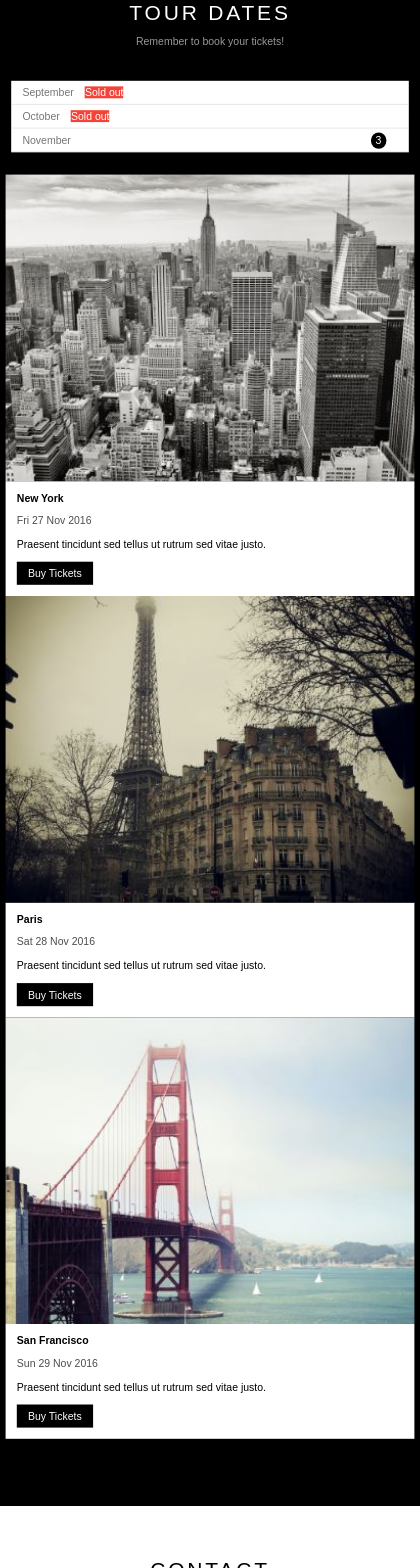
Repository: nguyenhoang2002062929/band
Page: index.html
The author's editor kept a copy of each file at every save. The page is drawn from the files as they stood at one save, then again after the next save.
The browser window is 600 px wide. The pictures show the part of the page from y = 2138 to 4378 px (the page is 5273 px tall before and 5237 px after), at 70% of full size.

Above is the page before, as saved 2023-06-09 22:56:22.

### index.html
<!DOCTYPE html>
<html lang="en">
<head>
    <meta charset="UTF-8">
    <meta http-equiv="X-UA-Compatible" content="IE=edge">
    <meta name="viewport" content="width=device-width, initial-scale=1.0">
    <title>The Band</title>
    <link rel="stylesheet" href="assets/css/style.css">
    <link rel="stylesheet" href="https://cdnjs.cloudflare.com/ajax/libs/font-awesome/4.7.0/css/font-awesome.min.css">
</head>
<body>
    <div class="main">
        <div class="header">
              <!-- pc -->
            <ul class="nav">
                <li><a href="#">HOME</a></li>
                <li><a href="#band">BAND</a></li>
                <li><a href="#tour">TOUR</a></li>
                <li><a href="#contact">CONTACT</a></li>
                <li>
                    <a href="" >MORE <i class="fa fa-caret-down"></i></a>
                    <ul class="subnav">
                        <li><a href="">Merchandise</a></li>
                        <li><a href="">Extras</a></li>
                        <li><a href="">Media</a></li>
                    </ul>
                </li>
            </ul>
            <!-- mobile -->
            <div class="bars">
                <i class="fa fa-bars"></i>
            </div>

            <div class="search">
                <a href=""><i class="fa fa-search"></i></a>
            </div>
        </div>

        <div class="slider">
            <div class="text-content">
                <h2 class="text-heading">New York</h2>
                <p class="text-description">The atmosphere in New York is lorem ipsum.</p>
            </div>
        </div>

        <!-- content -->
        <div class="content">
            <!-- band -->
            <div id="band" class="about">
                <div class="content-section">
                    <h2 class="section-heading">THE BAND</h2>
                    <p class="section-sub-heading">We love music</p>
                    <p class="section-text">We have created a fictional band website. Lorem ipsum dolor sit amet, consectetur adipiscing elit, sed do eiusmod tempor incididunt ut labore et dolore magna aliqua. Ut enim ad minim veniam, quis nostrud exercitation ullamco laboris nisi ut aliquip ex ea commodo consequat. Duis aute irure dolor in reprehenderit in voluptate velit esse cillum dolore eu fugiat nulla pariatur. Excepteur sint occaecat cupidatat non proident, sunt in culpa qui officia deserunt mollit anim id est laborum consectetur adipiscing elit, sed do eiusmod tempor incididunt ut labore et dolore magna aliqua. Ut enim ad minim veniam, quis nostrud exercitation ullamco laboris nisi ut aliquip ex ea commodo consequat.</p>
                </div>
                <div class="content-member">
                    <div class="member">
                        <div class="member-text">
                            <p>Name</p>
                        </div>
                        <div class="member-img">
                            <img src="./assets/img/member/bandmember.jpg" alt="">
                        </div>
                    </div>
                    <div class="member">
                        <div class="member-text">
                            <p>Name</p>
                        </div>
                        <div class="member-img">
                            <img src="./assets/img/member/bandmember.jpg" alt="">
                        </div>
                    </div>
                    <div class="member">
                        <div class="member-text">
                            <p>Name</p>
                        </div>
                        <div class="member-img">
                            <img src="./assets/img/member/bandmember.jpg" alt="">
                        </div>
                    </div>
                </div>
            </div>

            <!-- tour -->
            <div id="tour" class="tour">
                <div class="tour-section">
                    <div class="content-section text-while ">
                        <h2 class="section-heading ">TOUR DATES</h2>
                        <p class="section-sub-heading">Remember to book your tickets!</p>
                    </div>
                    <br>

                   <div class="tickets-tour">
                    <ul class="tickets">
                        <li>September<span class="sold-out">Sold out</span></li>
                        <li>October<span class="sold-out">Sold out</span></li>
                        <li>November<span class="quantity">3</span></li>
                    </ul>
                   </div>

                    <div class="row tour-places ">
                        <div class="column places">
                            <img src="assets/img/places/newyork.jpg" alt="">
                            <div class="places-content">
                                <p class="name">New York</p>
                                <p class="date">Fri 27 Nov 2016</p>
                                <p class="describe">Praesent tincidunt sed tellus ut rutrum sed vitae justo.</p>
                                <button class="js-by-modal">Buy Tickets</button>
                            </div>

                        </div>
                        <div class="column places">
                            <img src="assets/img/places/paris.jpg" alt="">
                            <div class="places-content">
                                <p class="name">Paris</p>
                                <p class="date">Sat 28 Nov 2016</p>
                                <p class="describe">Praesent tincidunt sed tellus ut rutrum sed vitae justo.</p>
                                <button class="js-by-modal">Buy Tickets</button></div>

                        </div>
                        <div class=" column places">
                            <img src="assets/img/places/sanfran.jpg" alt="">
                            <div class="places-content">
                                <p class="name">San Francisco</p>
                                <p class="date">Sun 29 Nov 2016</p>
                                <p class="describe">Praesent tincidunt sed tellus ut rutrum sed vitae justo.</p>
                                <button class="js-by-modal">Buy Tickets</button>
                            </div>

                        </div>
                    </div>
                </div>

            </div>
            <!-- contact -->
            <div id="contact" class="about">
                <div class="content-section">
                    <h2 class="section-heading">CONTACT</h2>
                    <p class="section-sub-heading">Fan? Drop a note!</p>
                </div>
                <div class="row contact">
                    <div class="column column-half contact-left">
                        <p><i class="fa fa-map-marker contact-icon"></i>Chicago, US</p>
                        <p><i class="fa fa-phone contact-icon"></i>Phone: +00 151515</p>
                        <p><i class="fa fa-envelope contact-icon"></i>Email: mail@mail.com</p>
                    </div>
                    <div class="column column-half">
                        <form action="">
                            <div class="row">
                                <div class="column conlumn-half ">
                                    <input class="contact-right-inp" type="text" required placeholder="Name">
                                </div>
                                <div class="column conlumn-half ">
                                    <input class="contact-right-inp" type="email" required placeholder="Email">
                                </div>
                            </div>
                            <div class="row">
                                <div class="column colum-full mg-8">
                                    <input class="contact-right-inp" type="text" required placeholder="Message">
                                </div>
                            </div>
                            <button class="btn-send">SEND</button>
                        </form>
                    </div>
                </div>
            </div>
            <div class="map">
                <img src="assets/img/map.jpg" alt="map">
            </div>

        </div>

        <div class="footer">
            <div class="socials">
                <a href=""><i class="fa fa-facebook-official"></i></a>
                <a href=""><i class="fa fa-instagram"></i></a>
                <a href=""><i class="fa fa-snapchat"></i></a>
                <a href=""><i class="fa fa-pinterest-p"></i></a>
                <a href=""><i class="fa fa-twitter"></i></a>
                <a href=""><i class="fa fa-linkedin"></i></a>
            </div>
            <p class="copyright">Powered by <a href="">w3.css</a></p>
        </div>
    </div>
    <div class="modal js-modal">
        <div class="modal-content js-modal-content">
            <div class="modal-header">
                <span class="modal-close js-closeModal">x</span>
                <h2 ><i class="fa fa-suitcase w3-margin-right"></i> Tickets</h2>
            </div>
            <div class="modal-boby">
                <label for="many">
                    <i class="fa fa-shopping-cart"></i>
                    Tickets, $15 per person
                </label>
                <input id="many" type="text" placeholder="How many?" >
                <label for="modal-email">
                    <i class="fa fa-user"></i>
                    Send To
                </label>
                <input id="modal-email" type="text" placeholder="Enter email">
                <button class="pay">PAY <i class="fa fa-check"></i></button>
            </div>
            <div class="modal-footer">
                <p>Need <a href="">help?</a></p>
            </div>
        </div>
    </div>

    <script>
        const buyBtns = document.querySelectorAll('.js-by-modal')
        const modal = document.querySelector('.js-modal')
        const closeModal = document.querySelector('.js-closeModal')
        const modalContent = document.querySelector('.js-modal-content')


        function showBuyTickets (){
            modal.classList.add('open')
        }
        function hideBuyTickes(){
            modal.classList.remove('open')
        }

        for(const buyBtn of buyBtns){
            buyBtn.addEventListener('click', showBuyTickets)
        }

        closeModal.addEventListener('click', hideBuyTickes)

        modal.addEventListener('click',hideBuyTickes)

        modalContent.addEventListener('click', function(envent){
            envent.stopPropagation()
        })
    </script>
</body>
</html>

### assets/css/style.css
*{
    margin: 0;
    padding: 0;
    box-sizing: border-box;
}
html{
    font-family: Arial, Helvetica, sans-serif;
    scroll-behavior: smooth;
}
.text-while{
    color: #fff !important;
}
.mg-8{
    margin-top: 8px;
}
.row{
    display: flex;
    margin-left: -8px;
    margin-right: -8px;
}
/* .row::after{
    content: "";
    display: block;
    clear: both;
} */
.column{
    padding: 0 8px;
}
.colum-full{
    width: 100%;
}
.column-half{
    width: 50%;
}
.column-three{
    width: 33.3333%;
}
.header{
    z-index: 1;
    position: fixed;
    width: 100%;
    height: 46px;
    background-color: #000;
    top: 0;
    left: 0;
    right: 0;
}
.nav {
    display: inline-block;
   line-height: 46px;
}
.header .nav > li > a{
    text-decoration: none;
    padding: 0px 24px;
    color: #fff;
    font-size: 15px;
}
.header .nav > li{
    display: inline-block;
    position: relative;
}
.header .nav > li:hover > a{
    display: block;
    color: #000;
    background-color: #ccc;
}
.header .nav .subnav{
    position: absolute;
    display: none;
    background-color: #fff;
    box-shadow: 0 0 10px rgba(0, 0, 0, 0.3) ;
}
.subnav li{
      min-width: 160px;
      list-style-type: none;
}
.nav > li:hover > .subnav{
    display: block;
}
.subnav li:hover a{
    color: #000;
    background-color: #ccc;
}
.subnav a{
    display: block;
    text-decoration: none;
    color: #000;
    padding: 0px 24px;
}
.search{
float: right;
padding: 0 24px;
line-height: 46px;
cursor: pointer;
}
.search a{
    color: rgb(255, 255, 255);
    font-size: 15px;
}
.search:hover{
    color: rgb(255, 255, 255);
    background-color: #f44336!important;
}

.slider{
    width: 100%;
    position: relative;
    margin-top: 46px;
    padding-top: 50%;
    background: url('../img/slider/slider2.jpg') center top / cover no-repeat;
}
.slider .text-content{
    position: absolute;
    color: #ccc;
    bottom: 0;
    left: 50%;
    transform: translateX(-50%);
    text-align: center;
    padding: 32px 16px;
}
.text-content .text-heading{
    font-size: 24px;
    margin-top: 10px;
    font-weight: 200;
}
.text-content .text-description{
    font-size: 15px;
    margin: 15px 0;
}
.about{
    width: 768px;
   margin-right: auto;
    margin-left: auto;
    padding-bottom: 64px;
}
.content-section{
    text-align: center;
    padding-top: 64px;
    padding-bottom: 15px;
}
.content-section .section-heading{
    font-size: 30px;
    font-weight: 300;
    letter-spacing: 4px;
    margin: 10px;
}
.content-section .section-sub-heading{
    font-size: 15px;
    font-weight: initial;
    margin: 15px;
    opacity: 0.6;
}
.content-section .section-text{
    font-size: 15px;
    text-align: justify;
    line-height: 1.4;
}
.content-member{
    display: flex;
    text-align: center;
    align-items: center;
    padding: 32px 0;
}
.member-text{
    font-size: 15px;
    margin: 15px 0;
}
.member-img img{
    width: 153px;
    border-radius: 4px;
}
 .member{

    width: 33.333%;
}
.tour{
     background-color: #000;
}
.tour-section{
    width: 768px;
    margin-right: auto;
    margin-left: auto;
    padding-bottom: 64px;
}
.tickets{
    background-color: #fff;
}
.tickets li{
    border-bottom: 1px solid #ddd;
    padding: 8px 16px;
    font-size: 15px;
    color: rgb(117, 117, 117);
    list-style-type: none;
}
.tickets .sold-out{
    color: #fff;
    background-color: #f44336;
    margin: 16px;
    padding: opx 8px;
}
.tickets .quantity{
    float:right;
    height: 22.5px;
    width: 22.5px;
    margin-right: 16px;
    border-radius: 50%;
    background-color: #000;
    color: #fff;
    text-align: center;
    line-height: 22.5px;
    margin-top: -2px;
}
.tour-places{
    padding: 32px 0px;
}
.tour-places .places{
    width: 33.3333%;
}
.places .name{
    font-size: 15px;
}
.places img{
    width: 100%;
    display: block;
}
.places img:hover{
    opacity: 0.6;
}
.places-content{
    background-color: #fff;
    padding-left: 16px;
    font-size: 15px;
}
.places-content .name{
    padding-top: 15px;
    font-weight: 700;
}
.places-content .date{
    padding-top: 15px;
    opacity: 0.7;
}
.places-content .describe{
    margin: 15px 0;
    line-height: 1.4;
}
.places-content button{
    padding: 8px 16px;
    font-size: 15px;
    color: #fff;
    background-color: #000;
    border: none;
    margin-bottom:16px ;
}
.places-content button:hover{
    color: #000;
    background-color: #ccc;
}
.modal{
    position: fixed;
    display: none;
    background: rgba(0, 0, 0, 0.4);
    top: 0;
    left: 0;
    bottom: 0;
    right: 0;
    z-index: 2;
    align-items: center;
    justify-content: center;
}
.modal.open{
    display: flex;
}
.modal-content{
    position: absolute;
    width: 868px;
    max-width: calc(100% - 40px);
    min-height: 342px;
    background-color: #fff;
    animation: ModalFadeIn ease 0.5s;
}
.modal-header{
    width: 100%;
    padding: 32px 16px;
    background-color: rgb(0, 150, 136);
    color: #fff;
    text-align: center;
}
.modal-header h2{
    font-size: 30px;
    margin: 10px 0px;
    font-weight: 400;
    letter-spacing: 3px;
    margin-left: 16px;
}
.modal-header .modal-close{
    position: absolute;
    color: #fff;
    font-size: 24px;
    right: 0;
    top: 0;
    padding: 8px 16px;
}
.modal-header .modal-close:hover{
    color: #000;
    background-color: #ccc;
}
.modal-boby{
    padding: 0px 16px;

}
.modal label{
    display: block;
    margin: 15px 0px 8px;
    font-size: 15px;
}
.modal input{
    width: 100%;
    padding: 8px;
    border: 1px solid #ccc;
    display: block;
    font-size: 15px;
}
.modal button{
    display: block;
    width: 100%;
    padding: 16px;
    margin: 16px 0;
    border: none;
    background-color: rgb(0, 150, 136);
    color: #fff;
}
.modal button:hover{
    color: #000;
    background-color: #ccc;
}
.modal-footer p{
    float: right;
    margin: 15px 16px   ;
}
.modal-footer p a{
    color: rgb(33, 150, 243);
}
@keyframes ModalFadeIn{
    from{
        opacity: 0;
        transform: translateY(-200px);
    }
    to{
        opacity: 1;
        transform: translateY(0);
    }
}

/* contact */
.contact{
    padding: 32px 0px;

}
.contact-left{
    font-size: 18px;
    line-height: 1.5;
}
.contact-icon{
    display: block;
    width: 35px;
}
.contact-right-inp{
    padding: 10px;
    border: 1 solid #ccc;
    width: 100%;
    display: block;
}
.btn-send{
    float: right;
    padding: 10px 16px;
    border: none;
    background-color: #000;
    color: #fff;
    margin-top: 16px;
    cursor: pointer;
}
.btn-send:hover{
    color: #000;
    background-color: #ccc;
}
.map img{
    width: 100%;
    filter: grayscale(0.5);
}
.footer{
    padding: 64px 16px;
    text-align: center;
}
.footer .socials a{
    font-size: 24px;
    color: rgba(0, 0, 0, 0.7);
}
.footer .socials a:hover{
    color: rgba(0, 0, 0, 0.4);
}
.footer .copyright{
    margin: 16px 0;
    color: rgba(0, 0, 0, 0.7);
}
.footer .copyright a{
    color: rgba(0, 0, 0, 0.7);
}

/* respontsive */

.bars{
    position: absolute;
    color: #fff;
    right: 0px;
    top: 0px;
    font-size: 15px;
    padding: 12px 24px;
    display: none;
}

/* mobile */
@media screen and (max-width:739px) {
    .nav{
        display: none;
    }
    .search{
        display: none;
    }
    .bars{
        display: block;
    }
    .about{
        width: 100%;
    }
    .content-section{
        padding-left: 16px;
        padding-right: 16px;
    }
    .member{
        width: 60%;
    }
    .member-img img{
        width: 100%;
    }

    .tour-section{
        width: 100%;
    }
    .tickets-tour{
        padding-left: 16px;
        padding-right: 16px;
    }
    .content-member{
        flex-direction: column;
    }
    .tour-places{
        flex-direction: column;
    }
    .places{
        width: 100% !important;
    }
    .row{
        display: flex;
        margin-left: 0px;
        margin-right: 0px;
    }

}
/* tatble */
@media screen and (min-width:740px) and (max-width:1023px) {

}

After the next save:
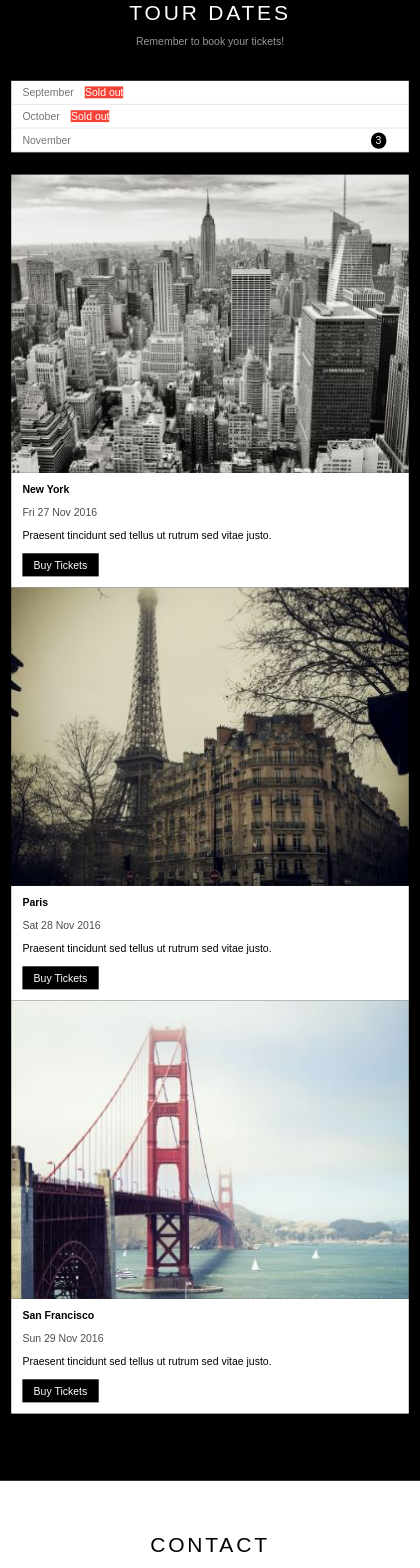
Saved 52 s later.
--- a/assets/css/style.css
+++ b/assets/css/style.css
@@ -454,6 +454,8 @@ cursor: pointer;
         flex-direction: column;
     }
     .tour-places{
+        padding-left: 8px;
+        padding-right: 8px;
         flex-direction: column;
     }
     .places{
